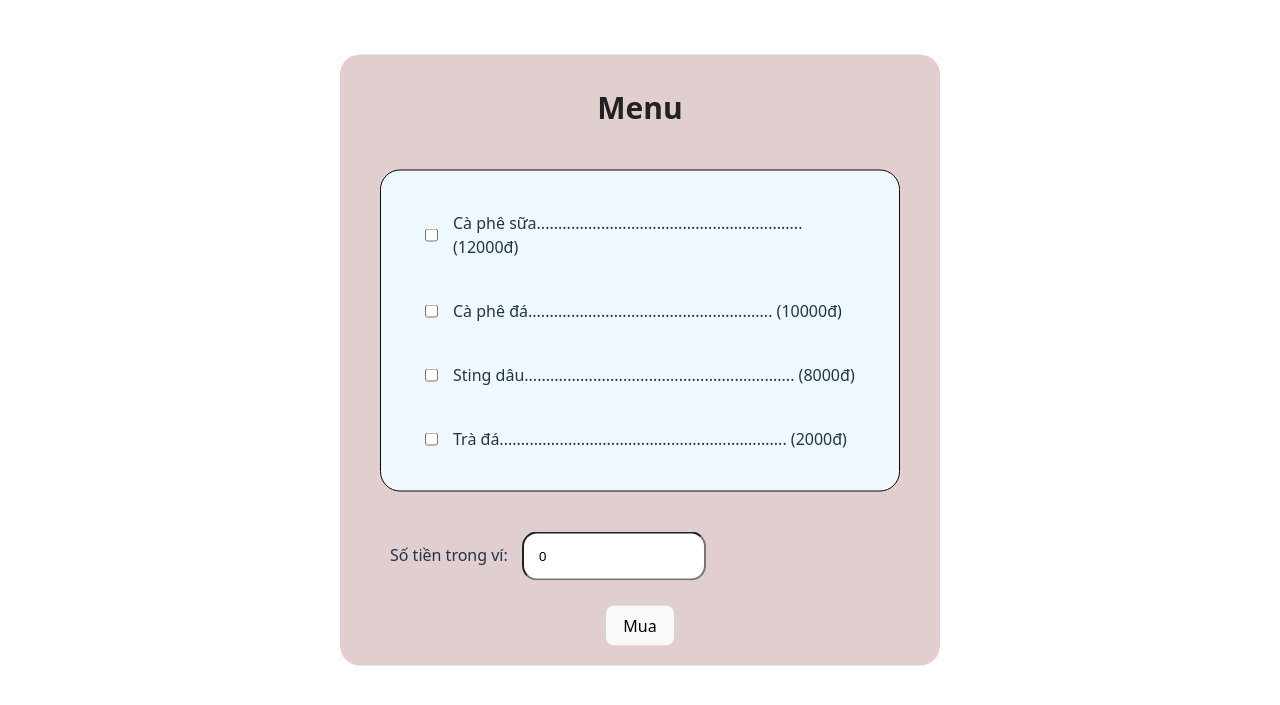
Repository: thidieu2005/React_State
Page: /
The author's editor kept a copy of each file at every save. The page is drawn from the files as they stood at one save, then again after a run of saves.
The browser window is 1280 px wide. The pictures show the whole page.
The project was rebuilt for these pictures with package versions that can differ from the ones it lists, and the page was loaded fresh each time. Also part of the build but not shown: vite.config.js, src/Dientich_hcn.jsx, src/App.jsx, src/Counter_function.jsx, src/S_hnc.jsx, src/data.jsx, src/App.css, src/State_getData.jsx and 6 more.

Above is the page before, as saved 2025-04-29 07:05:18.

### src/main.jsx
import { StrictMode } from 'react'
import { createRoot } from 'react-dom/client'
import './index.css'
import App from './App.jsx'
import Dientich_hcn from './Dientich_hcn.jsx'
// import App from './App.jsx'
// import Counter from './Counter.jsx'
import CounterFunction from './Counter_function.jsx'
import S_hcn from './S_hnc.jsx'
import State_getData from './State_getData.jsx'
import FGetdtAPI from './FGetdtAPI.jsx'
import CGetdtAPI from './CGetdtAPI.jsx'
import CaxiosAPI from './axios/CaxiosAPI.jsx'
import FuaxiosAPI from './axios/FuaxiosAPI.jsx'
import MyForm from './Form/form1.jsx'
import { DiemTB } from './Form/diem.jsx'
import SimpleMenu from './Form/checkbox.jsx'
createRoot(document.getElementById('root')).render(
  <StrictMode>
    <  SimpleMenu />
  </StrictMode>,
)

### src/Form/checkbox.jsx
//tạo menu đồ uống. Chọn món muốn mua, dùng checkbox để tích vào đồ cần mua
//menu có tên, giá, số lượng(tự nhập). ở dưới có ô nhập số tiền. nếu tổng tiềm chọn món lớn hơn số tiền từ ô nhập thì thông báo không đủ tiền
//nếu đủ tiền thì thông báo đã chọn món thành công và số dư còn lại
//bt2: tạo form để tạo 1 sp, có thể lưu vào local storage sau đó hiển thị ra. Và tiếp tục nâng cao lưu vào session, cloud, backend(APi, Sql,..)


import React, { useState } from "react";
import "./SimpleMenu.css"; // 🛑 Import file CSS riêng!

export default function SimpleMenu() {
  const menu = [
    { id: 1, name: "Cà phê sữa..............................................................", price: 12000 },
    { id: 2, name: "Cà phê đá.........................................................", price: 10000 },
    { id: 3, name: "Sting dâu...............................................................", price: 8000 },
    { id: 4, name: "Trà đá...................................................................", price: 2000 },
  ];

  const [selections, setSelections] = useState({});
  const [wallet, setWallet] = useState(0);
  const [message, setMessage] = useState("");

  const handleSelect = (id) => {
    const newSelections = { ...selections };
    if (newSelections[id] && newSelections[id].selected) {
      newSelections[id].selected = false;
    } else {
      newSelections[id] = { selected: true, quantity: 1 };
    }
    setSelections(newSelections);
  };

  const handleQuantityChange = (id, change) => {
    const newSelections = { ...selections };
    if (newSelections[id]) {
      let newQuantity = newSelections[id].quantity + change;
      if (newQuantity < 1) {
        newQuantity = 1;
      }
      newSelections[id].quantity = newQuantity;
      setSelections(newSelections);
    }
  };

  const calculateTotal = () => {
    let total = 0;
    menu.forEach((item) => {
      const selectedItem = selections[item.id];
      if (selectedItem && selectedItem.selected) {
        total += item.price * selectedItem.quantity;
      }
    });
    return total;
  };

  const handleBuy = () => {
    const total = calculateTotal();
    if (total === 0) {
      setMessage("Chưa chọn món nào!");
    } else if (total > wallet) {
      setMessage("Không đủ tiền!");
    } else {
      const remaining = wallet - total;
      setMessage(`Mua thành công! Số dư còn lại: ${remaining}đ`);
    }
  };

  return (
      <div className="menu-container">
          <h2 className="menu-title">Menu</h2>
          <div className="menu-list">
      {menu.map((item) => (
        <div key={item.id} className="menu-item">
              <input className="checkbox"
            type="checkbox"
            checked={selections[item.id]?.selected || false}
            onChange={() => handleSelect(item.id)}
          />
          {item.name} ({item.price}đ)

          {selections[item.id]?.selected && (
            <span className="quantity-control">
              <button onClick={() => handleQuantityChange(item.id, -1)}>-</button>
              <span className="quantity">{selections[item.id].quantity}</span>
              <button onClick={() => handleQuantityChange(item.id, 1)}>+</button>
            </span>
          )}
        </div>
      ))}</div>

      <div className="wallet-input">
        <label>Số tiền trong ví: </label>
        <input className="wallet"
          placeholder="Nhập số tiền"
          type="number"
          value={wallet}
          onChange={(e) => setWallet(Number(e.target.value))}
        />
      </div>

      <div className="buy-button">
        <button onClick={handleBuy}>Mua</button>
      </div>

      <div className="message">{message}</div>
    </div>
  );
}

### src/Form/SimpleMenu.css
            body {
                align-items: center;
            }

            .menu-container {
                /* padding: 30px; */
                max-width: 800px;
                margin: auto;
                align-items: center;
                background-color: #e1cece;
                border-radius: 20px;
                width: 600px;
                position: absolute;
                /* hoặc position: fixed cũng được */
                top: 50%;
                left: 50%;
                transform: translate(-50%, -50%);
            }

            .menu-title {
                margin: 30px;
                text-align: center;
                font-size: 30px;
                color: #222222;
            }

            .menu-list {
                background-color: aliceblue;
                border-radius: 20px;
                border: 1px solid #090808;
                align-items: center;
                margin: 40px;
            }

            .menu-item {
                margin: 40px;
                display: flex;
                align-items: center;
            }

            .quantity-control {
                margin-left: 10px;
            }

            .checkbox {
                margin-right: 15px;
                border-radius: 10px;
            }

            .quantity-control button {
                margin: 0 5px;
                width: 30px;
                height: 30px;
            }

            .quantity {
                display: inline-block;
                width: 20px;
                text-align: center;
            }

            .wallet-input {
                align-items: center;
                margin-top: 20px;
                margin-left: 50px;
                border-radius: 15px;
            }

            .wallet-input input {
                margin-left: 10px;
                width: 150px;
                border-radius: 15px;
                padding: 15px;
            }

            .buy-button {
                margin-top: 25px;
                text-align: center;
            }

            .buy-button button {
                padding: 8px 16px;
                font-size: 16px;
            }

            .message {
                margin-top: 20px;
                font-weight: bold;
                text-align: center;
                color: green;
            }

Loaded but not shown: index.html (common file); src/index.css (common file)

After the next 2 saves:
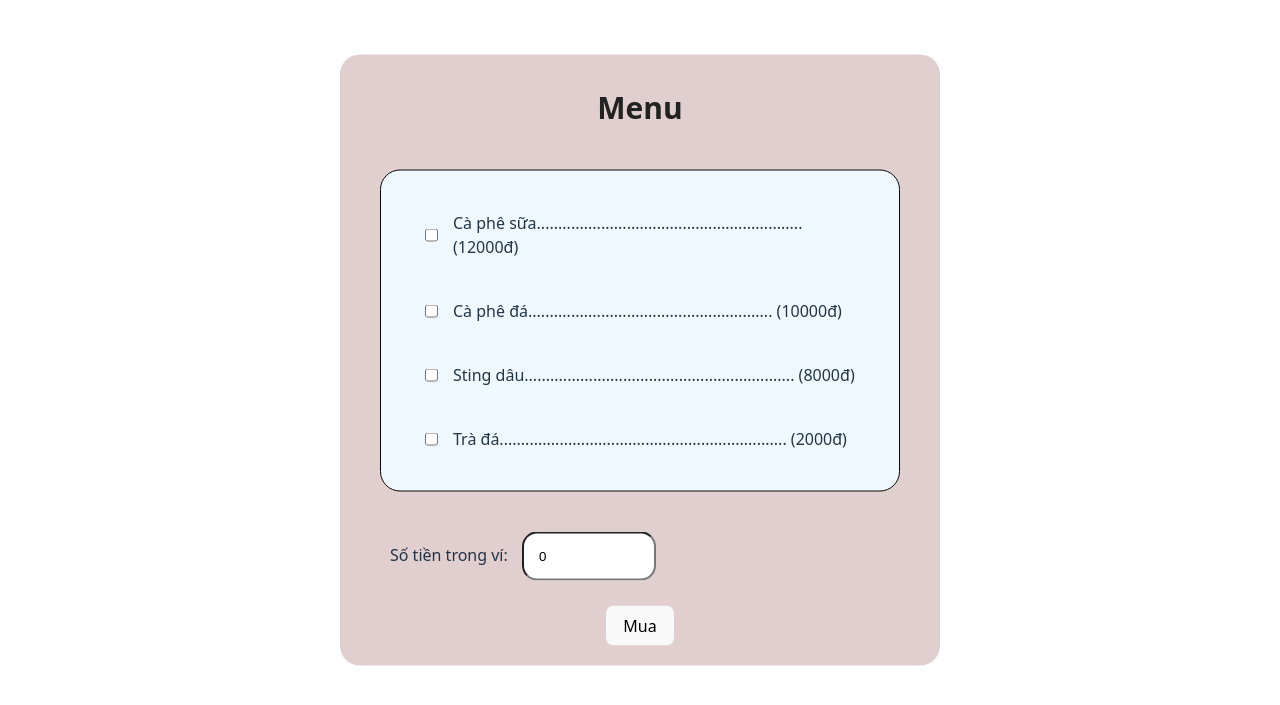
The 2 saves are shown as one change because they came seconds apart.
The last was saved 20 s later.
--- a/src/Form/SimpleMenu.css
+++ b/src/Form/SimpleMenu.css
@@ -68,7 +68,7 @@
 
             .wallet-input input {
                 margin-left: 10px;
-                width: 150px;
+                width: 100px;
                 border-radius: 15px;
                 padding: 15px;
             }
